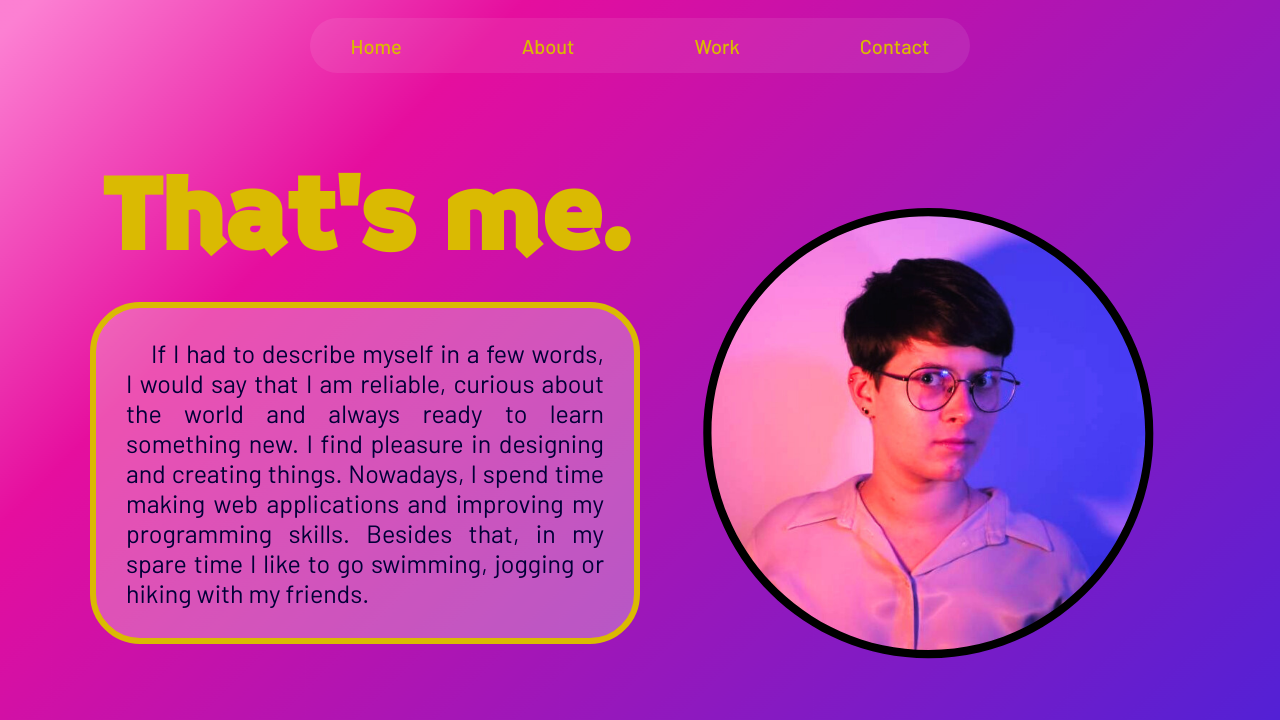
Repository: JJonka/portfolio_site
Page: /about
The author's editor kept a copy of each file at every save. The page is drawn from the files as they stood at one save, then again after the next save.
The browser window is 1280 px wide. The pictures show the whole page.
The project was rebuilt for these pictures with package versions that can differ from the ones it lists, and the page was loaded fresh each time. Also part of the build but not shown: vite.config.ts, src/pages/HomePage.tsx, src/components/LogoIcon.module.scss, src/components/LogoIcon.tsx, src/pages/Contact.tsx, src/pages/Work.module.scss, src/pages/Work.tsx.

Above is the page before, as saved 2023-10-09 12:23:58.

After the next save:
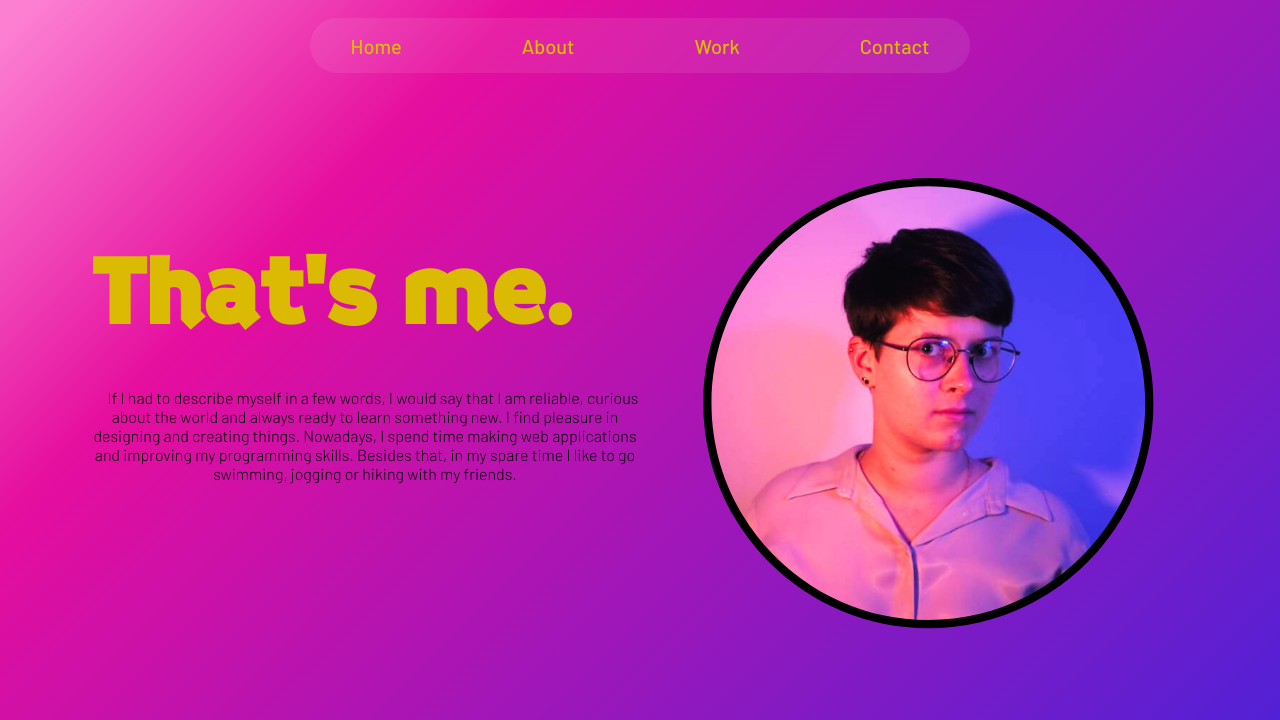
Saved 4 min 50 s later.
--- a/src/pages/About.module.scss
+++ b/src/pages/About.module.scss
@@ -12,7 +12,7 @@
 .header {
     color: var(--main-color);
     font-family: "BraahOne-Regular";
-    font-size: 110px;
+    font-size: 100px;
     margin-bottom: 10px;
     margin-top: 15px;
 }
@@ -25,7 +25,7 @@
     width: 1100px;
     gap: 50px;
     margin-bottom: 10px;
-    margin-top: 80px;
+    margin-top: 50px;
 }
 
 .image {
@@ -38,24 +38,6 @@
     width: 550px;
     display: flex;
     flex-direction: column;
-    align-items: center;
+    align-items: baseline;
     justify-content: center;
 }
-
-.aboutMe {
-    font-family: "Barlow-Regular";
-    font-size: 25px;
-    color:  rgb(0, 0, 55);
-    margin: 0;
-    padding: 30px;
-
-}
-
-.box {
-    background-color: rgba(255, 253, 229, 0.277);
-    border-color: var(--main-color);
-    border-radius: 50px;
-    border-style: solid;
-    border-width: 6px;
-    text-align: justify;
-}
